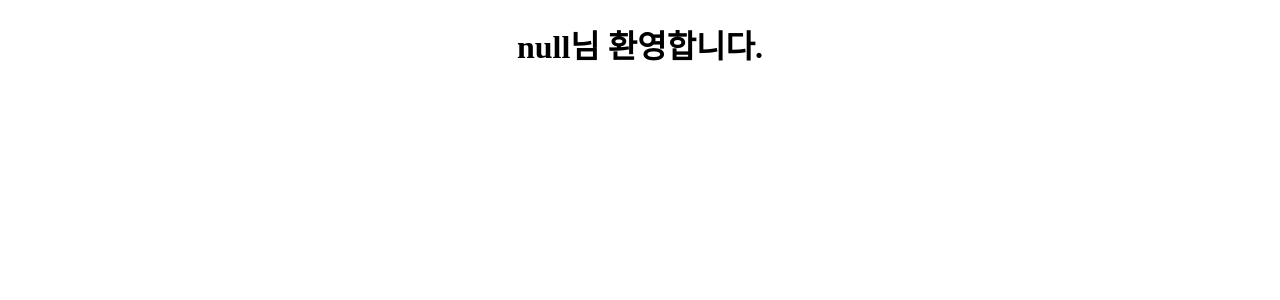
Repository: serim53/JSPStudy
Page: http://localhost/BoardWeb_JSP_/hello.jsp
These files come from the project's save history. The page is drawn as it stood at one moment and after the next save; the edit follows.
The browser window is 1280 px wide. The pictures show the whole page.
The page is served by Tomcat 10.

Above is the page before, as saved 2025-07-10 01:20:37.

After the next save:
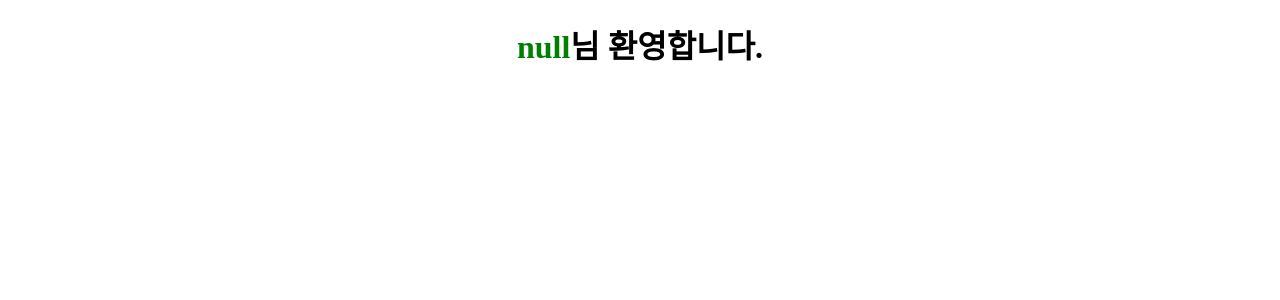
Saved 8 min 3 s later.
--- a/BoardWeb(JSP)/src/main/webapp/hello.jsp
+++ b/BoardWeb(JSP)/src/main/webapp/hello.jsp
@@ -8,7 +8,7 @@
 </head>
 <body>
 <center>
-<h1><%= request.getParameter("id") %>님 환영합니다.</h1>
+<h1><font color="green"><%= request.getParameter("id") %></font>님 환영합니다.</h1>
 </center>
 </body>
 </html>
